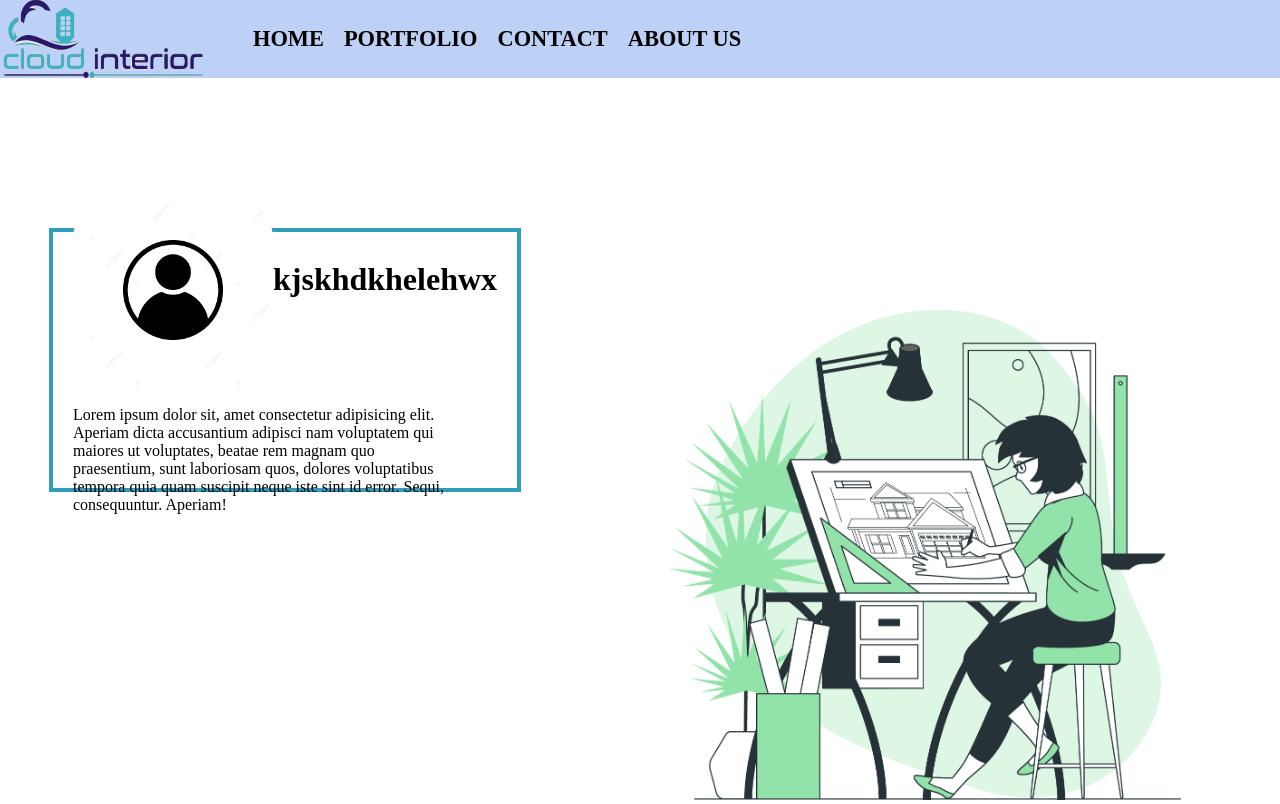
Repository: Ganavid/ganavidgowda.github.io
Page: cloud interior/about.html
The author's editor kept a copy of each file at every save. The page is drawn from the files as they stood at one save, then again after the next save.
The browser window is 1280 px wide. The pictures show the whole page.

Above is the page before, as saved 2023-03-04 13:10:49.

After the next save:
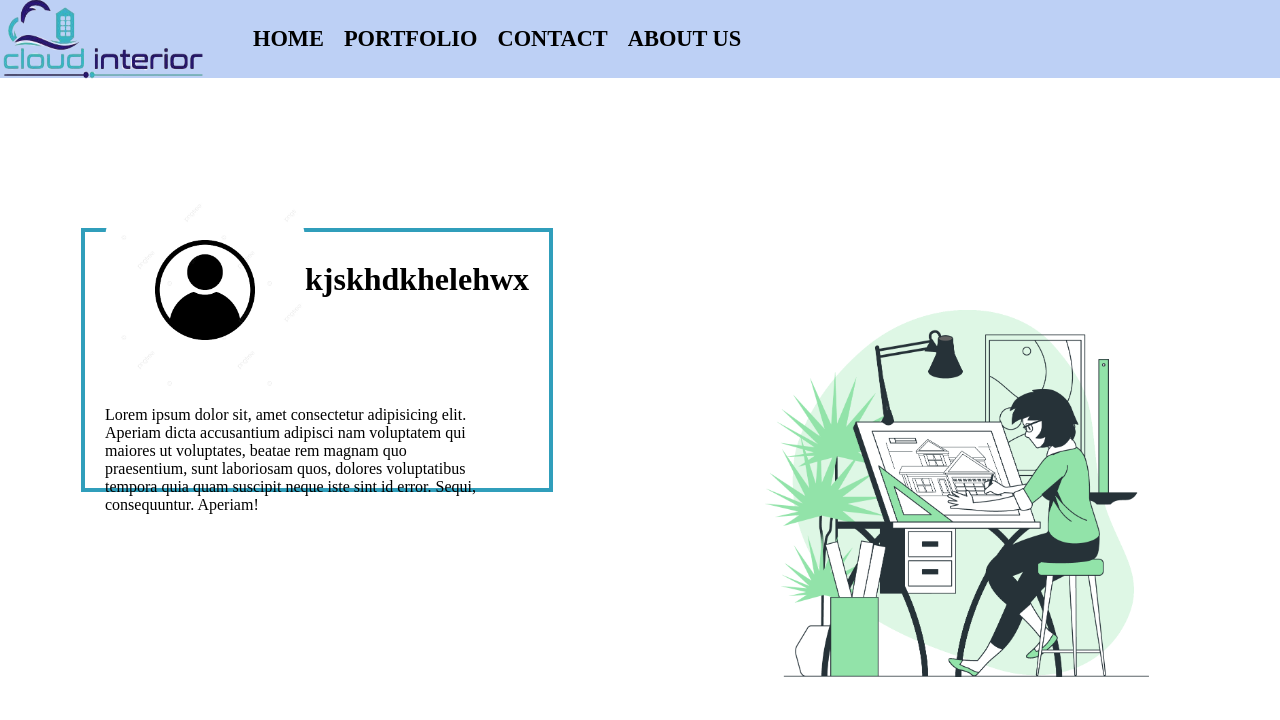
Saved 7 s later.
--- a/cloud interior/about.css
+++ b/cloud interior/about.css
@@ -106,7 +106,7 @@ nav {
 }
 
 #imgl{
-    width: 40vw;
+    width: 30vw;
     /* height: 30vh; */
     /* margin-bottom: 4px; */
 }
